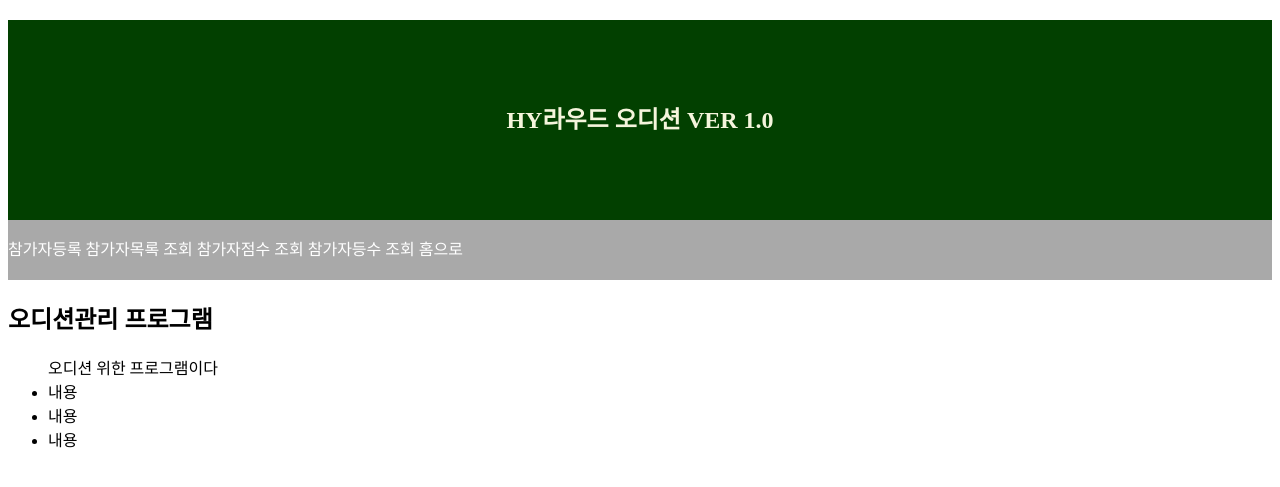
Repository: mvcfvsgdj/javaee
Page: http://localhost/prj0828/HY라우드.jsp
These files come from the project's save history. The page is drawn as it stood at one moment and after the next save; the edit follows.
The browser window is 1280 px wide. The pictures show the whole page.
The page is served by Tomcat 9. Other server files are loaded and not shown.

Above is the page before, as saved 2023-08-28 08:23:43.

### prj0828/src/main/webapp/HY라우드.jsp
<%@ page language="java" contentType="text/html; charset=UTF-8"
    pageEncoding="UTF-8"%>
<!DOCTYPE html>
<html>
<head>
<meta charset="UTF-8">
<title>Insert title here</title>
<link href="./css/HY라우드.css" rel="stylesheet" />
</head>
<body>
<header><h2>HY라우드 오디션 VER 1.0</h2></header>
<nav>
<a >참가자등록</a>
<a href="./콘서트참가자조회.jsp">참가자목록 조회</a>
<a href="./콘서트참가자점수조회.jsp">참가자점수 조회</a>
<a href="./콘서트참가자등수.jsp">참가자등수 조회</a>
<a href="./HY라우드.jsp">홈으로</a>
</nav>
<section><h2>오디션관리 프로그램</h2>
<ul>오디션 위한 프로그램이다
<li>내용</li>
<li>내용</li>
<li>내용</li>

</ul>
</section>
</body>
</html>

### prj0828/src/main/webapp/css/HY라우드.css
@charset "UTF-8";

header{
	background-color:rgb(2, 64, 0);
	height: 200px;
	margin: 0 auto;
	line-height: 200px;
	text-align: center;
	color: beige;
}
nav{
	background-color: darkgray;
	color: white;
	height: 60px;
	margin: 0 auto;
	line-height: 60px;


}
a{
		text-decoration: none;
		color: white;
}

After the next save:
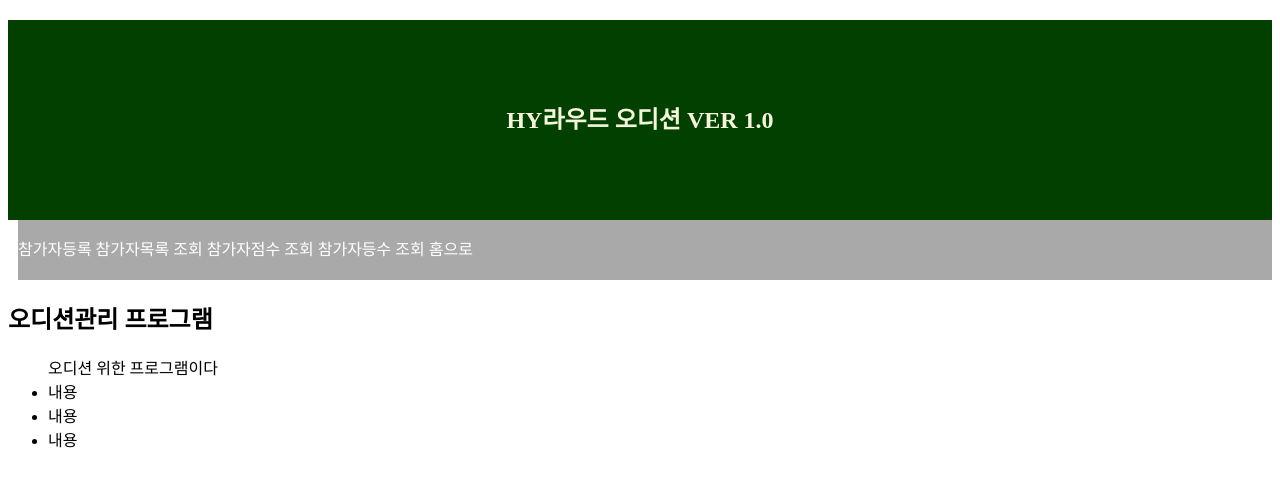
Saved 19 s later.
--- a/prj0828/src/main/webapp/css/HY라우드.css
+++ b/prj0828/src/main/webapp/css/HY라우드.css
@@ -12,7 +12,7 @@
 	background-color: darkgray;
 	color: white;
 	height: 60px;
-	margin: 0 auto;
+	margin-left: 10px;
 	line-height: 60px;
 
 

After the save that followed:
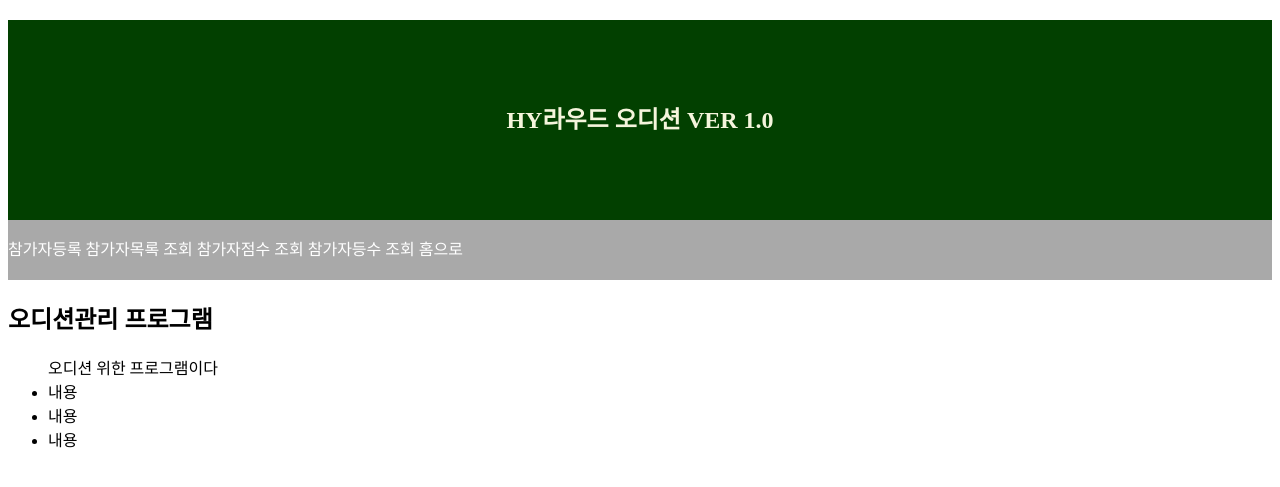
Saved 37 s later.
--- a/prj0828/src/main/webapp/css/HY라우드.css
+++ b/prj0828/src/main/webapp/css/HY라우드.css
@@ -12,7 +12,7 @@
 	background-color: darkgray;
 	color: white;
 	height: 60px;
-	margin-left: 10px;
+	text-align: left;
 	line-height: 60px;
 
 
